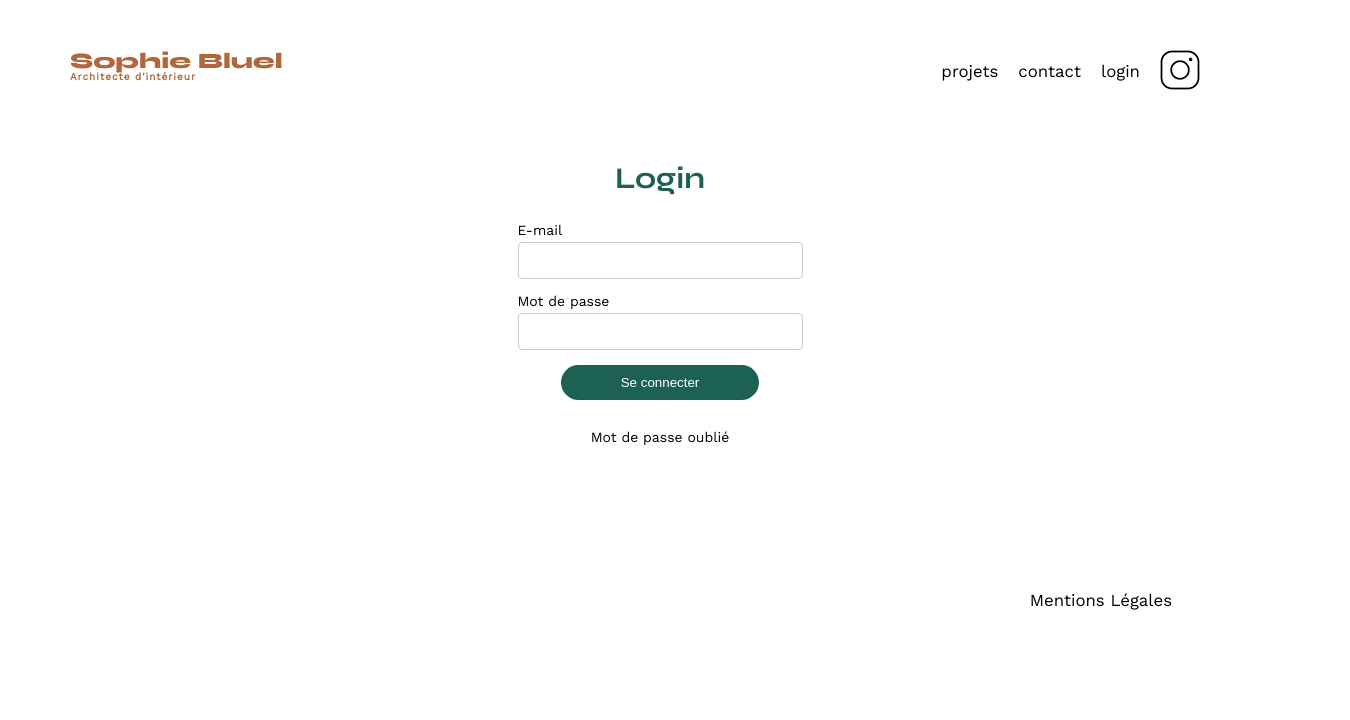
Repository: ByteVoyageur/OC-P6
Page: FrontEnd/assets/pages/login.html
These files come from the project's save history. The page is drawn as it stood at one moment and after the next save; the edit follows.
The browser window is 1280 px wide. The page is 1280 px wide, then 1350 px, so the pictures cover 1350 px, including what lies to the right of the window. The pictures show the whole page.
The page's requests for data from a server got no answer.

Above is the page before, as saved 2023-10-18 12:25:35.

After the next save:
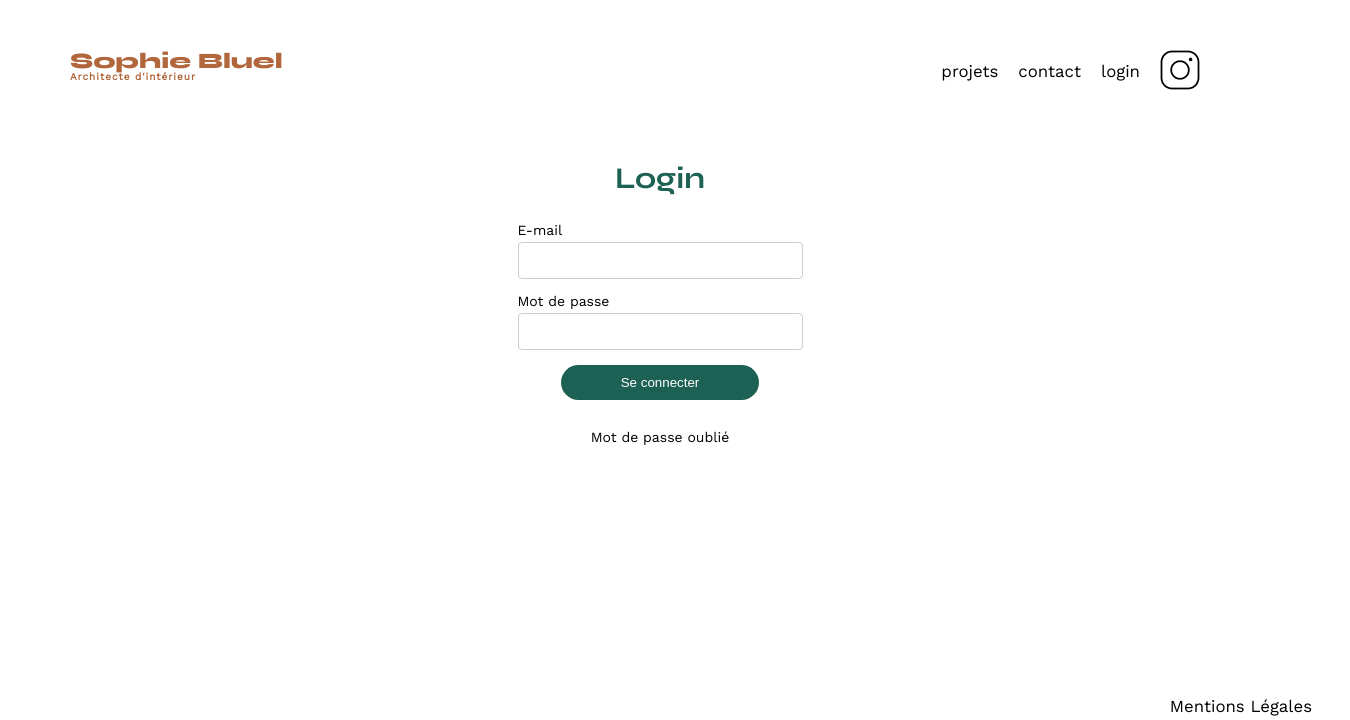
Saved 87 s later.
--- a/FrontEnd/assets/style.css
+++ b/FrontEnd/assets/style.css
@@ -347,7 +347,7 @@ footer nav ul {
 
 .wrapper {
   position: relative;
-  min-height: calc(100vh -)
+  min-height: calc(100vh - 50px);
   margin-bottom: -50px;
 }
 
@@ -356,5 +356,8 @@ footer nav ul {
 }
 
 footer {
+  position: absolute;
+  bottom: 0;
+  width: 100%;
   height: 50px;
 }
